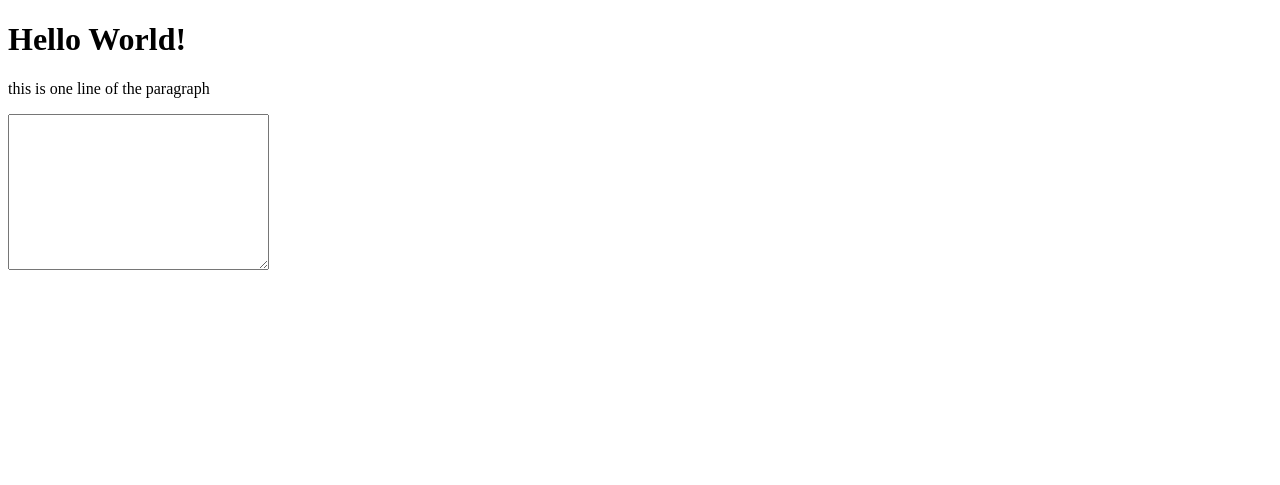
Repository: evemcd/udemy_javascript
Page: complete-javascript-course-master/02-Fundamentals-Part-2/starter/careerfoundry/index.html
These files come from the project's save history. The page is drawn as it stood at one moment and after the next save; the edit follows.
The browser window is 1280 px wide. The pictures show the whole page.

Above is the page before, as saved 2022-04-20 10:08:42.

### complete-javascript-course-master/02-Fundamentals-Part-2/starter/careerfoundry/index.html
<!DOCTYPE html>
<html lang="en">
<head>
    <title>My first website</title>
</head>
<body>
    <h1>Hello World!</h1>
    <p>this is one line of the paragraph</p>
    <textarea cols="30" rows="10"></textarea>
</body>
</html>

After the next save:
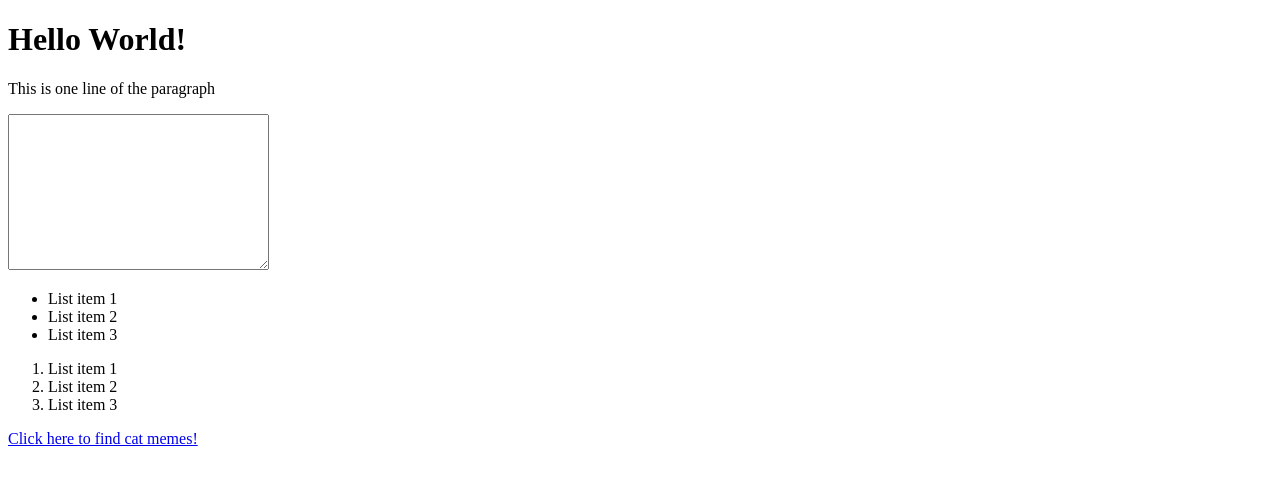
Saved 3 min 33 s later.
--- a/complete-javascript-course-master/02-Fundamentals-Part-2/starter/careerfoundry/index.html
+++ b/complete-javascript-course-master/02-Fundamentals-Part-2/starter/careerfoundry/index.html
@@ -5,7 +5,21 @@
 </head>
 <body>
     <h1>Hello World!</h1>
-    <p>this is one line of the paragraph</p>
+    <p>This is one line of the paragraph</p>
     <textarea cols="30" rows="10"></textarea>
+    <ul>
+        <li>List item 1</li>
+        <li>List item 2</li>
+        <li>List item 3</li>
+    </ul>
+    <ol>
+        <li>List item 1</li>
+        <li>List item 2</li>
+        <li>List item 3</li>
+    </ol>
+
+    <a href="https://google.com">Click here to find cat memes!</a>
+
+    <div></div>
 </body>
 </html>
